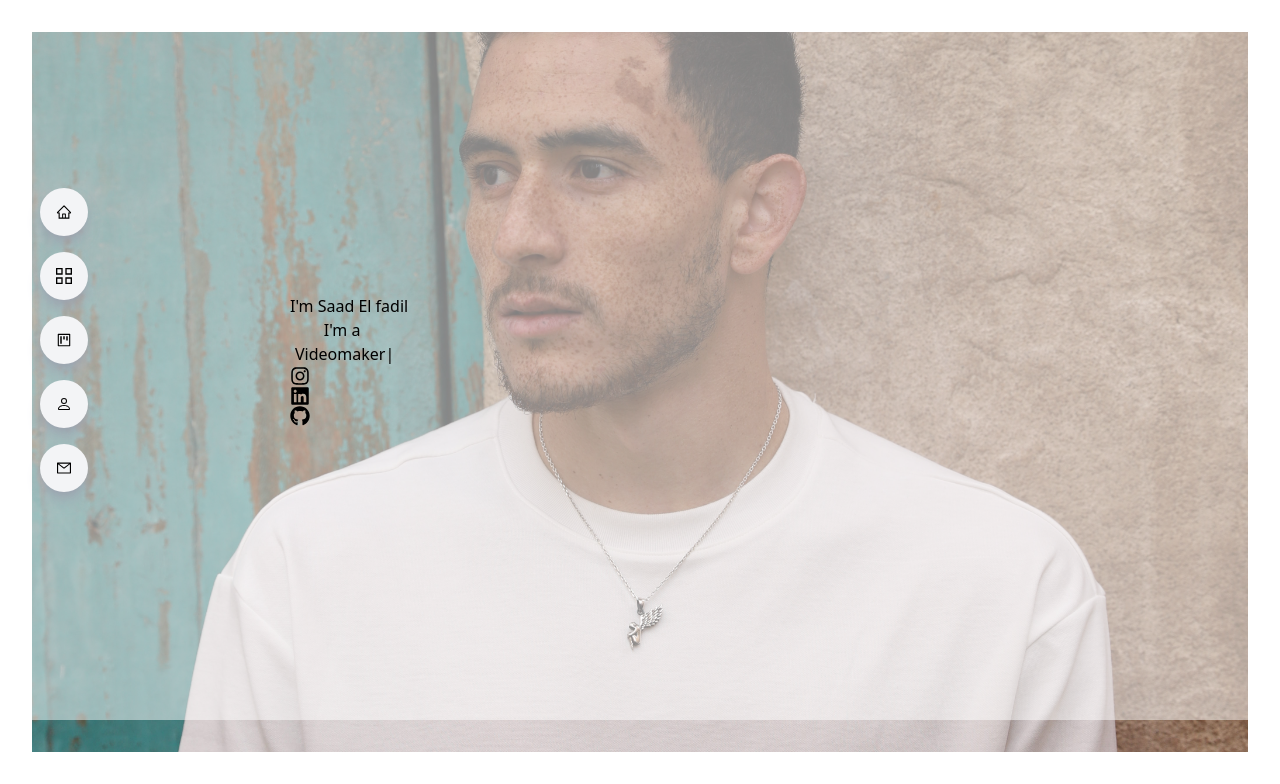
Repository: Saadelfadil/saadelfadil.github.io
Page: /
The author's editor kept a copy of each file at every save. The page is drawn from the files as they stood at one save, then again after the next save.
The browser window is 1280 px wide. The pictures show the whole page.
The project was rebuilt for these pictures with package versions that can differ from the ones it lists, and the page was loaded fresh each time. Also part of the build but not shown: vite.config.js.

Above is the page before, as saved 2023-02-26 16:59:35.

### src/App.jsx
import './App.css'
import Sidenave from './components/Sidenave'
import Main from './components/Main'

function App() {

  return (
    <div>
      <Sidenave />
      <Main />
    </div>
  )
}

export default App

### src/components/Sidenave.jsx
import React, { useState } from "react";
import { AiOutlineHome, AiOutlineMail, AiOutlineMenu, AiOutlineProject } from "react-icons/ai"
import { GrProjects } from "react-icons/gr"
import { BsPerson } from "react-icons/bs"

const Sidenave = () => {
    const [nav, setNav] = useState(false)

    const handleNav = () => {
        setNav((prev) => prev = !nav);
    };

  return (
    <div>
        <AiOutlineMenu onClick={handleNav} className="absolute top-4 right-4 z-[100] md:hidden"/>
        {
            nav ? (
                <div className="fixed w-full h-screen bg-white/90 flex flex-col justify-center items-center z-20">
                    <a href="#main" className="w-[75%] flex justify-center rounded-full shadow-lg bg-gray-100 shadow-gray-400 m-2 p-4 cursor-pointer hover:scale-110 ease-in duration-200">
                        <AiOutlineHome size={20}/>
                        <span className="pl-4">Home</span>
                    </a>
                    <a href="#work" className="w-[75%] flex justify-center rounded-full shadow-lg bg-gray-100 shadow-gray-400 m-2 p-4 cursor-pointer hover:scale-110 ease-in duration-200">
                        <GrProjects size={20}/>
                        <span className="pl-4">Work</span>
                    </a>
                    <a href="#projects" className="w-[75%] flex justify-center rounded-full shadow-lg bg-gray-100 shadow-gray-400 m-2 p-4 cursor-pointer hover:scale-110 ease-in duration-200">
                        <AiOutlineProject size={20}/>
                        <span className="pl-4">Projects</span>
                    </a>
                    <a href="#main" className="w-[75%] flex justify-center rounded-full shadow-lg bg-gray-100 shadow-gray-400 m-2 p-4 cursor-pointer hover:scale-110 ease-in duration-200">
                        <BsPerson size={20}/>
                        <span className="pl-4">Resume</span>
                    </a>
                    <a href="#contact" className="w-[75%] flex justify-center rounded-full shadow-lg bg-gray-100 shadow-gray-400 m-2 p-4 cursor-pointer hover:scale-110 ease-in duration-200">
                        <AiOutlineMail size={20}/>
                        <span className="pl-4">Contact</span>
                    </a>
                </div>
            ) : ""
        }

        <div className="md:block hidden fixed top-[25%] z-10">
            <div className="flex flex-col">
                <a href="#main" className="rounded-full shadow-lg bg-gray-100 shadow-gray-400 m-2 p-4 cursor-pointer hover:scale-110 ease-in duration-300 ">
                    <AiOutlineHome />
                </a>
                <a href="#work" className="rounded-full shadow-lg bg-gray-100 shadow-gray-400 m-2 p-4 cursor-pointer hover:scale-110 ease-in duration-300 ">
                    <GrProjects />
                </a>
                <a href="#projects" className="rounded-full shadow-lg bg-gray-100 shadow-gray-400 m-2 p-4 cursor-pointer hover:scale-110 ease-in duration-300 ">
                    <AiOutlineProject />
                </a>
                <a href="#main" className="rounded-full shadow-lg bg-gray-100 shadow-gray-400 m-2 p-4 cursor-pointer hover:scale-110 ease-in duration-300 ">
                    <BsPerson />
                </a>
                <a href="#contact" className="rounded-full shadow-lg bg-gray-100 shadow-gray-400 m-2 p-4 cursor-pointer hover:scale-110 ease-in duration-300 ">
                    <AiOutlineMail />
                </a>
            </div>
        </div>
    </div>
  )
};

export default Sidenave;

### src/components/Main.jsx
import React from "react";
import { TypeAnimation } from "react-type-animation"
import { FaGithub, FaInstagram, FaLinkedin } from "react-icons/fa"

const Main = () => {
  return (
    <div id="main">
        <img className="w-full h-screen object-cover object-right " src="/src/assets/saadelfadil.jpg" alt="saadelfadil" />
        <div className="w-full h-screen absolute top-0 left-0 bg-white/50 ">
            <div className="max-w-[700px] m-auto h-full w-full flex flex-col justify-center lg:items-start items-center ">
                <h1 className="sm:text-">I'm Saad El fadil</h1>
                <h2>I'm a
                    <TypeAnimation
                        sequence={[
                            'Software Engineer', // Types 'One'
                            1000, // Waits 1s
                            'Videomaker', // Deletes 'One' and types 'Two'
                            2000, // Waits 2s
                        ]}
                        wrapper="div"
                        cursor={true}
                        repeat={Infinity}
                        style={{ fontSize: '1em', paddingLeft: "5px" }}
                    />
                </h2>
                <div>
                        <FaInstagram size={20} className="cursor-pointer"/>
                        <FaLinkedin size={20} className="cursor-pointer"/>
                        <FaGithub size={20} className="cursor-pointer"/>
                </div>
            </div>
        </div>
    </div>
  )
};

export default Main;

Loaded but not shown: index.html (common file); src/main.jsx (common file); src/index.css (common file); src/App.css (common file); tailwind.config.cjs (common file)

After the next save:
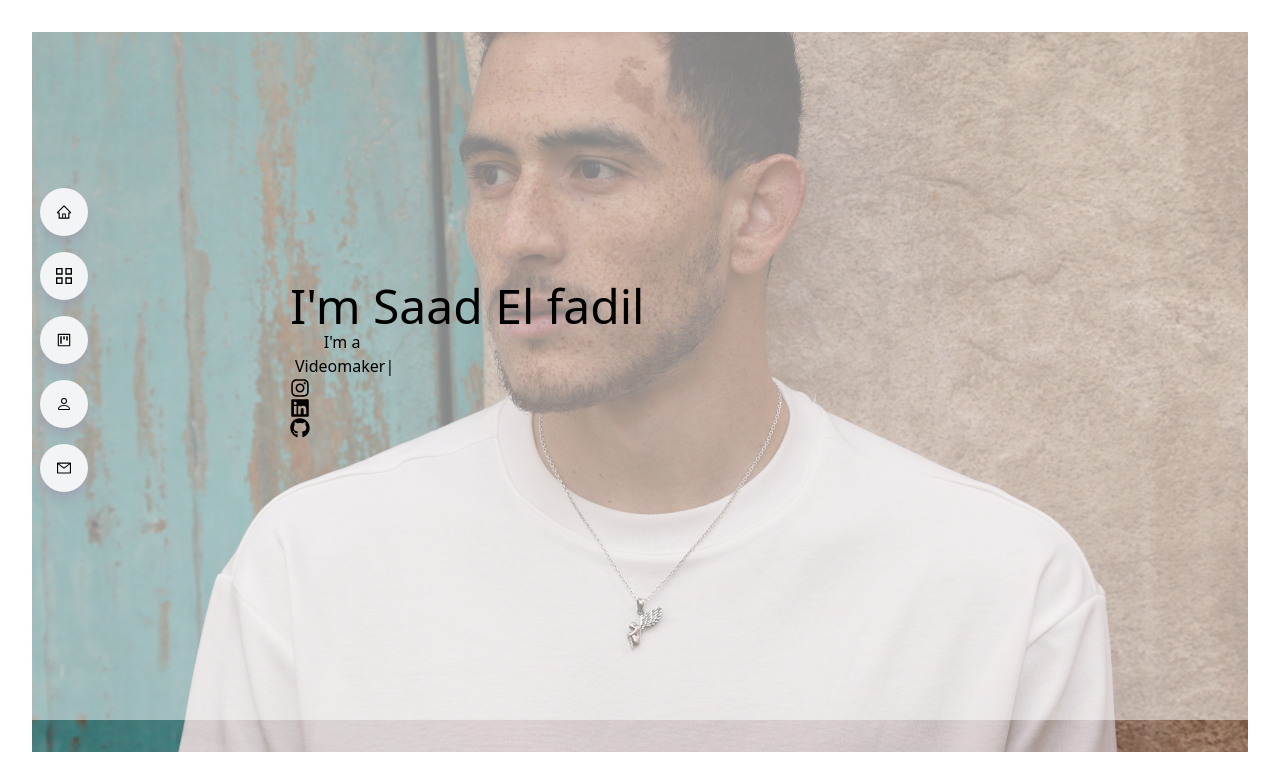
Saved 5 s later.
--- a/src/components/Main.jsx
+++ b/src/components/Main.jsx
@@ -8,7 +8,7 @@ const Main = () => {
         <img className="w-full h-screen object-cover object-right " src="/src/assets/saadelfadil.jpg" alt="saadelfadil" />
         <div className="w-full h-screen absolute top-0 left-0 bg-white/50 ">
             <div className="max-w-[700px] m-auto h-full w-full flex flex-col justify-center lg:items-start items-center ">
-                <h1 className="sm:text-">I'm Saad El fadil</h1>
+                <h1 className="sm:text-5xl text-4xl">I'm Saad El fadil</h1>
                 <h2>I'm a
                     <TypeAnimation
                         sequence={[
